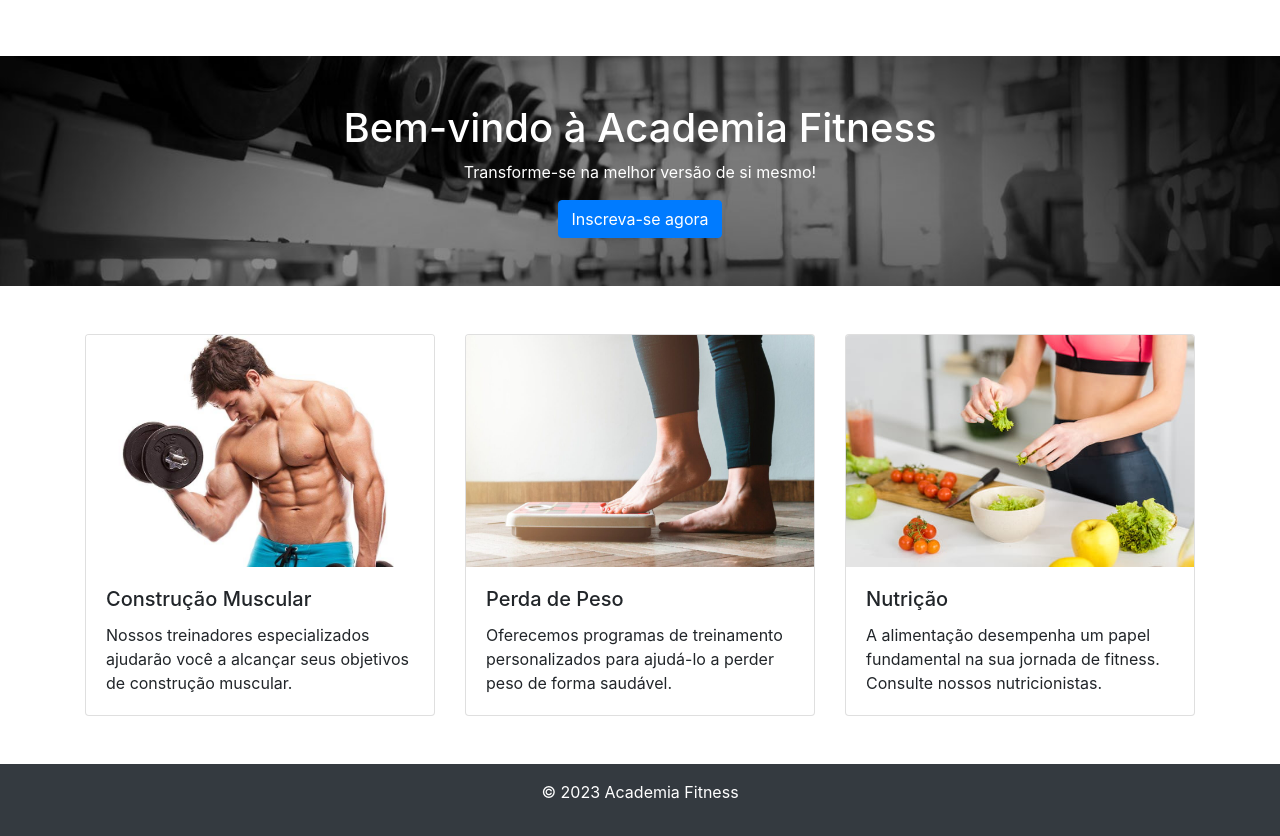
Repository: 01nethy/pratica14
Page: index.html
An editor plug-in stored every save of this project. The page is shown before and after the next save, followed by the edit.
The browser window is 1280 px wide. The pictures show the whole page.

Above is the page before, as saved 2023-09-07 23:42:42.

After the next save:
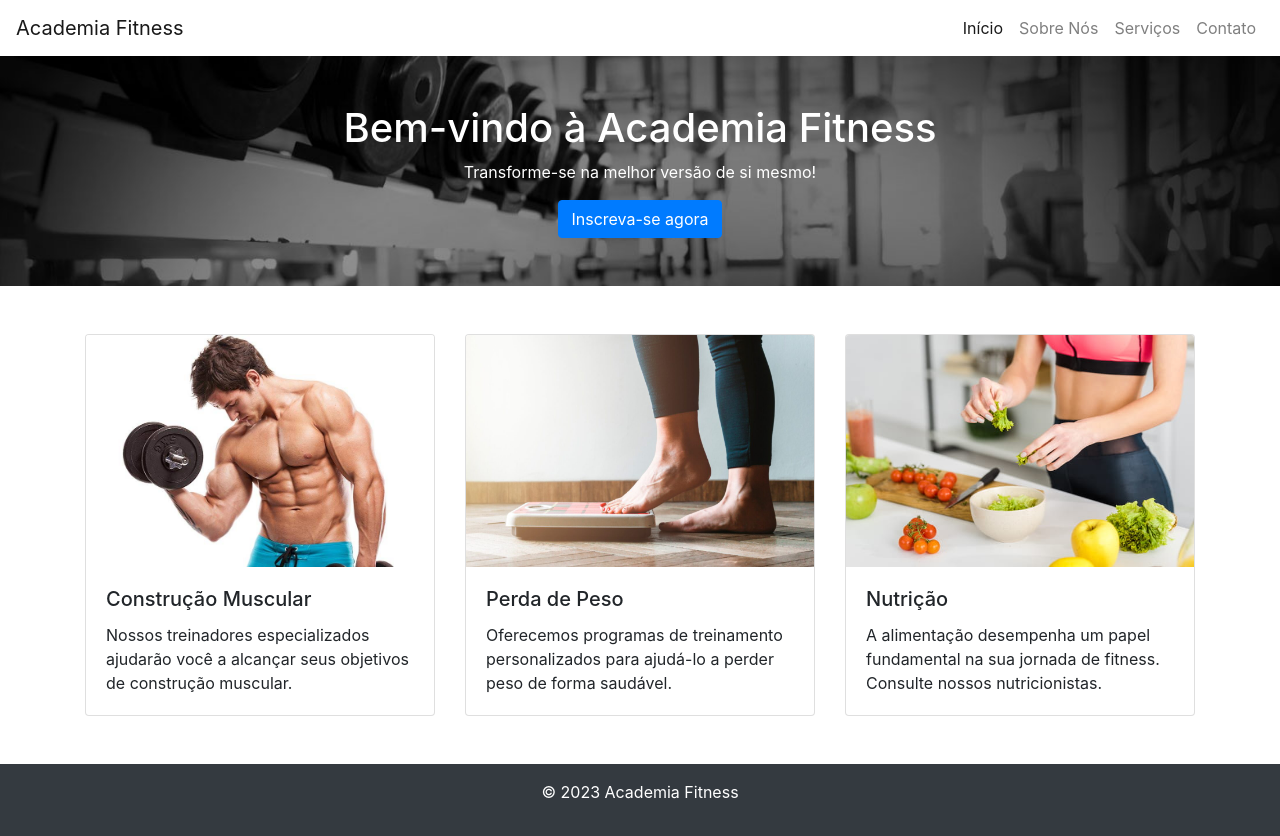
Saved 4 min 9 s later.
--- a/index.html
+++ b/index.html
@@ -10,7 +10,7 @@
 <body>
 
 <!-- Barra de navegação -->
-<nav class="navbar navbar-expand-lg navbar-dark bg-white">
+<nav class="navbar navbar-expand-lg navbar-light bg-white">
     <a class="navbar-brand" href="#">Academia Fitness</a>
     <button class="navbar-toggler" type="button" data-toggle="collapse" data-target="#navbarNav" aria-controls="navbarNav" aria-expanded="false" aria-label="Toggle navigation">
         <span class="navbar-toggler-icon"></span>
